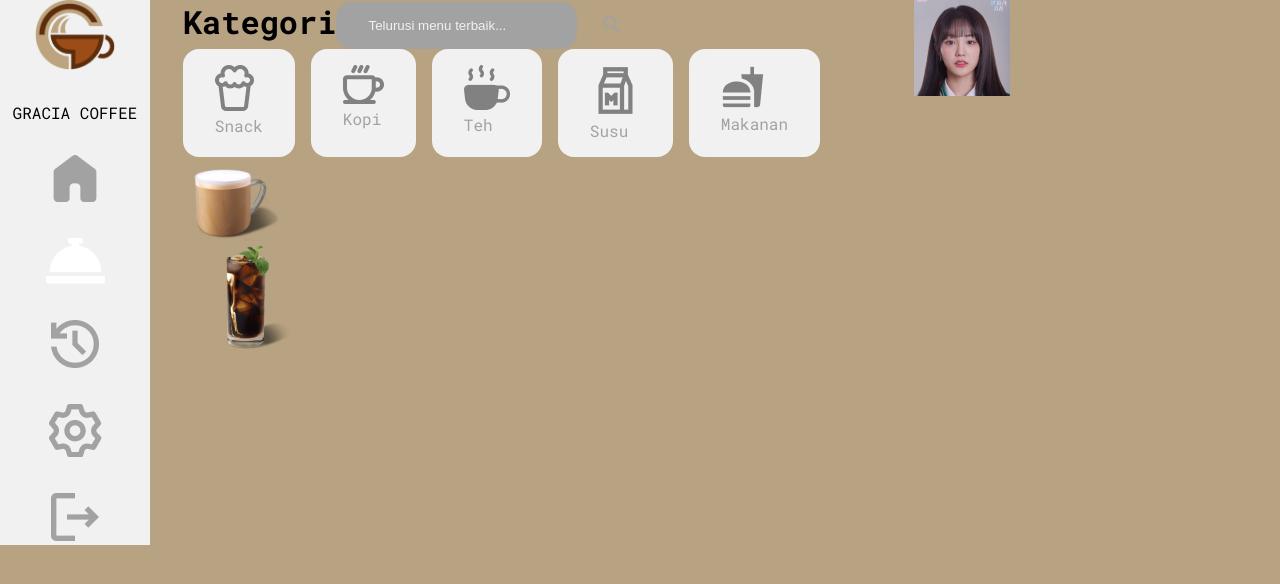
Repository: DanielChuaaa/sbd2
Page: index.html
These files come from the project's save history. The page is drawn as it stood at one moment and after the next save; the edit follows.
The browser window is 1280 px wide. The pictures show the whole page.
Some web libraries are served in a nearby version.

Above is the page before, as saved 2023-10-20 11:10:03.

### index.html
<!DOCTYPE html>
<html lang="en">
<head>
    <meta charset="UTF-8">
    <meta name="viewport" content="width=device-width, initial-scale=1.0">
    <title>Document</title>
    <link href="https://fonts.googleapis.com/css2?family=Roboto+Mono:wght@400;600;700&display=swap" rel="stylesheet" />
    <link
      rel="stylesheet"
      href="https://cdnjs.cloudflare.com/ajax/libs/font-awesome/6.1.2/css/all.min.css"
      integrity="sha512-1sCRPdkRXhBV2PBLUdRb4tMg1w2YPf37qatUFeS7zlBy7jJI8Lf4VHwWfZZfpXtYSLy85pkm9GaYVYMfw5BC1A=="
      crossorigin="anonymous"
      referrerpolicy="no-referrer"
    />
    <link rel="stylesheet" href="style.css">
</head>
<body>
    <div class="container">
        <div class="grid-wrapper">
            <div class="icon">
                <img src="/assets/logo projek SBD 1.png" width="80px" height="70px" alt="logo">
                <p>GRACIA COFFEE</p>
                <a href="#"><img src="./assets/home.png" alt="home"></a>
                <a href="#"><img src="./assets/menu.png" alt="menu"></a>
                <a href="#"><img src="./assets/history.png" alt="history"></a>
                <a href="#"><img src="./assets/setting.png" alt="setting"></a>

                <a href="#"><img src="./assets/logout.png" alt="logout"></a>
            </div>

            <div class="content">
                <div class="nav">
                    <h1>Kategori</h1>
                    <div class="inputWrapper">
                        <input type="text" name="text" id="text" class="input" placeholder="Telurusi menu terbaik...">
                        <i class="fa-solid fa-magnifying-glass"></i>
                    </div>
                </div>

                <div class="menu">
                    <div class="iconMenu"><a href="#"><img src="./assets/popcorn.png" alt="popcorn"></a>
                        <p>Snack</p>
                    </div>
                    <div class="iconMenu"><a href="#"><img src="./assets/kopi.png" alt="kopi"></a>
                        <p>Kopi</p>
                    </div>
                    <div class="iconMenu"><a href="#"><img src="./assets/teh.png" alt="teh"></a>
                        <p>Teh</p>
                    </div>
                    <div class="iconMenu"><a href="#"><img src="./assets/susu.png" alt="susu"></a>
                        <p>Susu</p>
                    </div>
                    <div class="iconMenu"><a href="#"><img src="./assets/makanan.png" alt="makanan"></a>
                        <p>Makanan</p>
                    </div>
                </div>

                <div class="orderMenu">
                    <div class="menu1">
                        <img src="./assets/Vanilla Latte_LongShadow_Cream_1 1.png" alt="">
                    </div>
                    <div class="menu2"><img src="./assets/10032021_Vietnamese_LS-min 1.png" alt=""></div>
                </div>
            </div>

            <div class="order">
                <img src="/assets/g_8___8_idola_cantik_berbakat_alumni_sm_entertainment_yang_sudah_debut_di_girlgroup_agensi_lain_p_eks_sm_trainee-20220408-001-non_fotografer_kly 1.png" alt="">
            </div>
        </div>
    </div>
</body>
</html>

### style.css
:root{
    --clr-primary-100: #B7A281;

    --clr-neutral-100: #818181;
    --clr-neutral-200: #A2A2A2;
    --clr-neutral-300: #D9D9D9;
    --clr-neutral-400: #F8F8F8;
    --clr-neutral-500:  #f1f1f1;

    --ff: "Roboto Mono", monospace;

    --fw-regular: 400;
    --fw-semi-bold: 600;
    --fw-bold: 700;
}

*{
    box-sizing: border-box;
    margin: 0;
    padding: 0;
}

body{
    font-family: var(--ff);
    background-color: #B7A281;
}

.grid-wrapper{
    display: grid;
    grid-template-columns: 0.5fr 2fr 1fr;
}

.icon{
    background: var(--clr-neutral-500);

    display: flex;
    flex-direction: column;
    align-items: center;
    max-width: 150px;
    height: auto;
    gap: 2rem;
}

.fa-solid{
    color: var(--clr-neutral-200);
    padding: 1rem;
}


/* content */

.nav{
    display: flex;

}

.input{
    background: var(--clr-neutral-200);

    border: none;
    padding: 1rem 2rem;
    border-radius: 1rem;

}

::placeholder{
    color: var(--clr-neutral-500);
}

.menu{
    display: flex;
    gap: 1rem;
}

.iconMenu{
    background: var(--clr-neutral-500);

    padding: 1rem 2rem;
    border-radius: 1rem;
}

.iconMenu p{
    color: var(--clr-neutral-200);
}

After the next save:
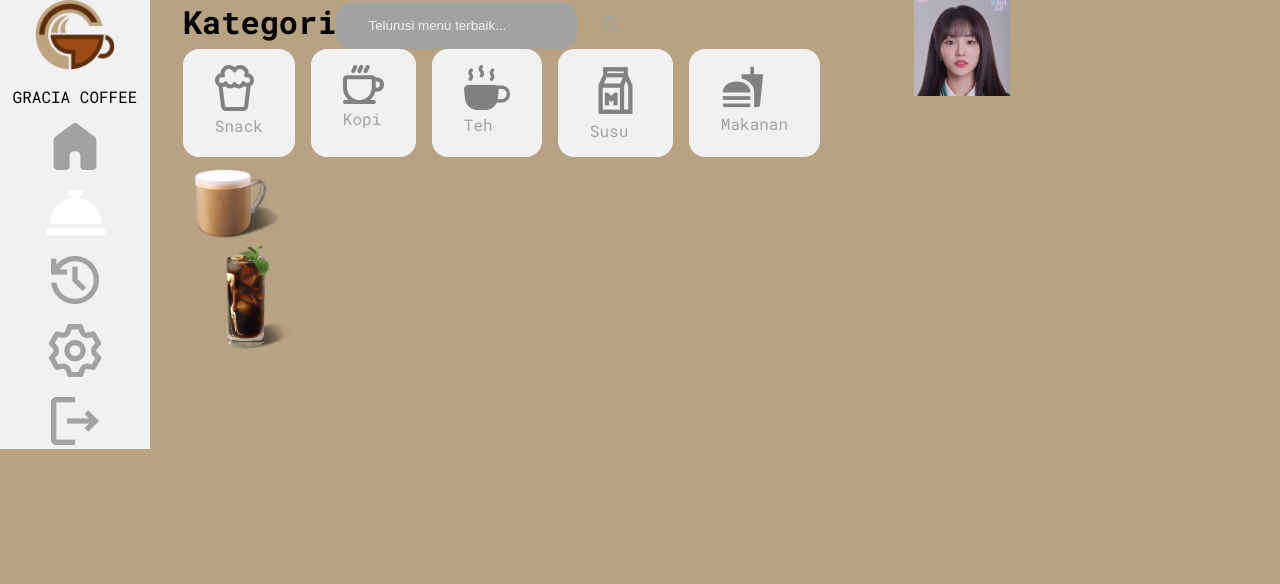
Saved 4 s later.
--- a/style.css
+++ b/style.css
@@ -38,7 +38,7 @@ body{
     align-items: center;
     max-width: 150px;
     height: auto;
-    gap: 2rem;
+    gap: 1rem;
 }
 
 .fa-solid{
